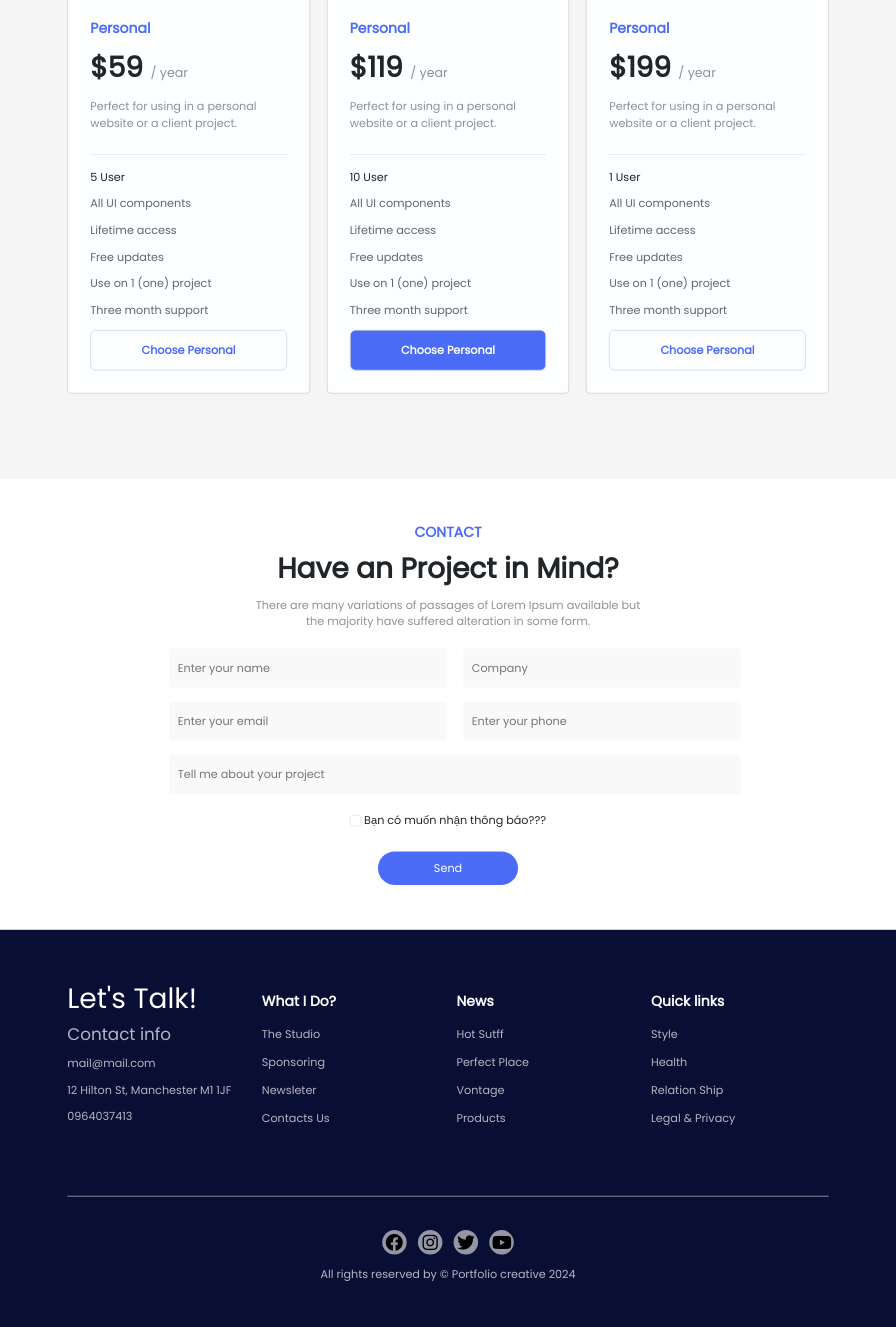
Repository: Vanthuy2002/My-Portfolio
Page: index.html
An editor plug-in stored every save of this project. The page is shown before and after the next save, followed by the edit.
The browser window is 1280 px wide. The pictures show the part of the page from y = 3756 to 5676 px (the page is 5652 px tall before and 5676 px after), at 70% of full size.

Above is the page before, as saved 2023-01-17 16:25:18.

After the next save:
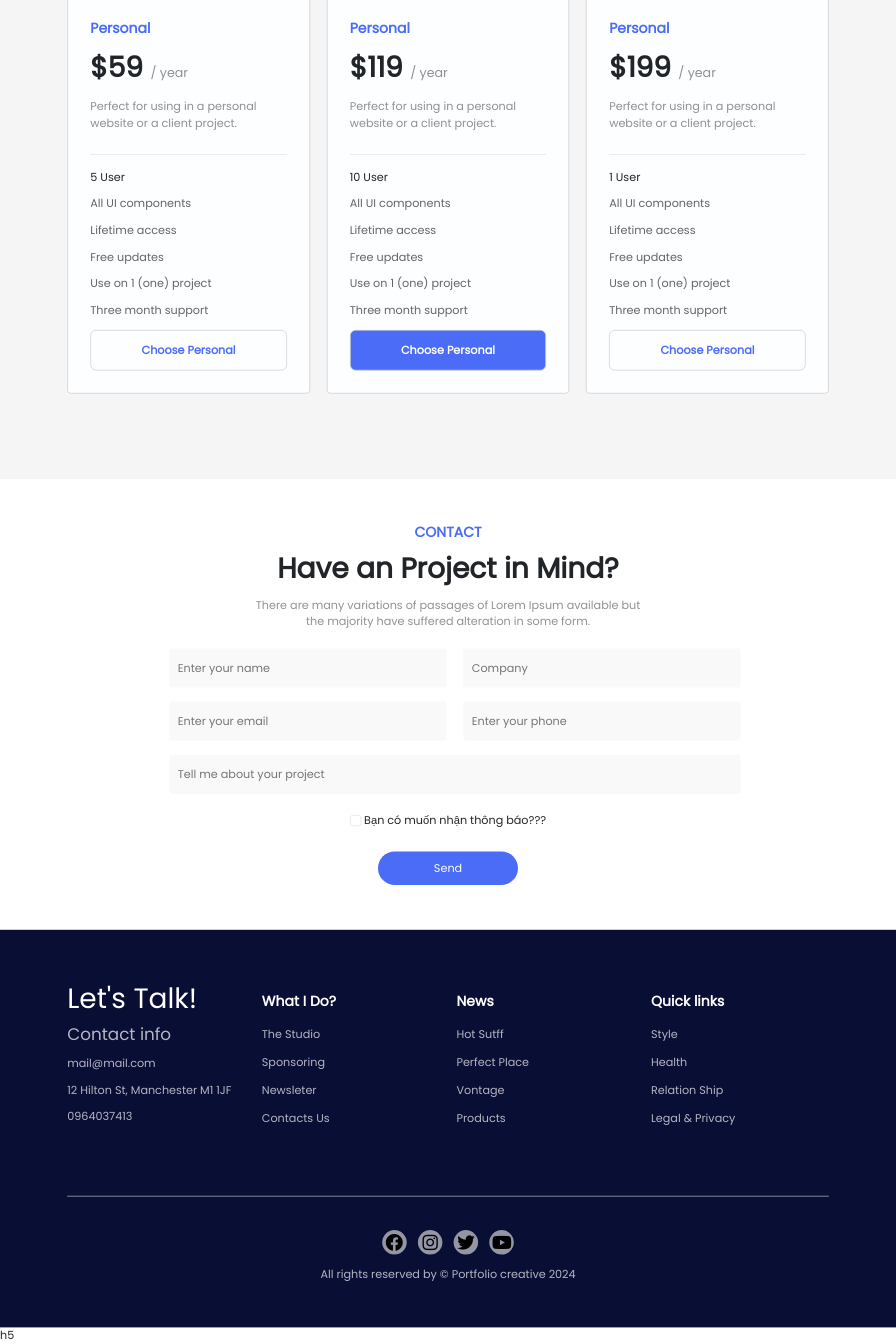
Saved 21 s later.
--- a/index.html
+++ b/index.html
@@ -544,7 +544,7 @@
 
         <!-- cửa số thông báo -->
         <div class="window__toast">
-
+            h5
         </div>
 
     </div>
